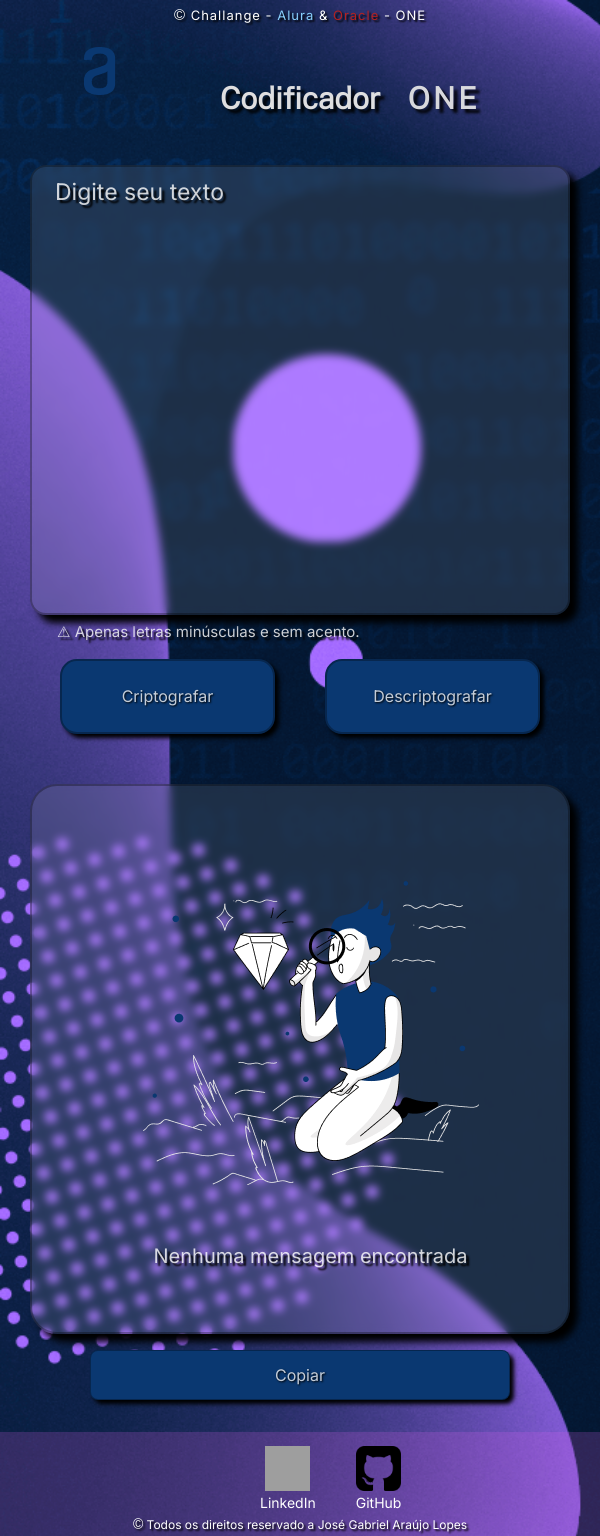
Repository: GabbrielLopes/Decodificador-ONE-Challange-Alura
Page: index.html
The author's editor kept a copy of each file at every save. The page is drawn from the files as they stood at one save, then again after the next save.
The browser window is 600 px wide. The pictures show the whole page.
Pictures or frames that could not be fetched are drawn as grey boxes.

Above is the page before, as saved 2022-05-11 23:09:17.

### index.html

<!-- Regras Codificador:
"e" é convertido para "enter"
"i" é convertido para "imes"
"a" é convertido para "ai"
"o" é convertido para "ober"
"u" é convertido para "ufat"
Apenas letras minúsculas
Não permite acentuação
*/

/* Regras Decodificador:
"enter" é convertido para "e"
"imes" é convertido para "i"
"ai" é convertido para "a"
"ober" é convertido para "o"
"ufat" é convertido para "u"
Apenas letras minúsculas
Não permite acentuação
-->

<!DOCTYPE html>
<html lang="pt-br">
<head>
    <meta charset="UTF-8">
    <meta name="viewport" content="width=device-width">
    <link rel="stylesheet" href="css/reset.css">
    <link rel="stylesheet" href="css/style.css">
    <link rel="stylesheet" href="css/media.css">
    <link href="https://fonts.googleapis.com/css2?family=Inter&display=swap" rel="stylesheet">
    <link href="https://fonts.googleapis.com/css2?family=Public+Sans:wght@300&display=swap" rel="stylesheet">
    <title>Codificador ONE</title>
</head>
<body>
    <header>
        <div class="info-header">
            <p>© Challange - <a href="https://www.alura.com.br" target="_blank">Alura</a> & <a href="https://www.oracle.com/br/education/oracle-next-education/" target="_blank">Oracle</a> - ONE</p>
        </div>
        <div>
            <img src="imagens/logo-alura.png" alt="Logo alura com inicial da letra a" class="logo-cabecalho">
            <h2>Codificador <a href="https://www.oracle.com/br/education/oracle-next-education/" target="_blank">ONE</a></h2>
        </div>
        <div>
        </div>
    </header>
    <main class="main">
        <section>
            <textarea cols="40" rows="6" placeholder="Digite seu texto" class="campo-texto"></textarea>
            <div>
                <h6 class="informacao">⚠ Apenas letras minúsculas e sem acento.</h6>
            </div>

            <div class="botoes">
                <button class="btn-criptografar">Criptografar</button>
                <button class="btn-descriptografar">Descriptografar</button>
            </div>
        </section>

        <section class="mensagem">
            <textarea readonly cols="18" rows="8" placeholder="Nenhuma mensagem encontrada" ></textarea>
            <div class="div-btn-copy">
                <button class="btn-copy">Copiar</button>
            </div>
        </section>
    </main>
    <footer>

        <div class="icons-links">
            <div class="icons-flex">
                <a href="https://www.linkedin.com/in/josegabrielalopes/" target="_blank"><img src="imagens/linkedin.png">LinkedIn</a>
                <a href="https://github.com/GabbLps" target="_blank"><img src="imagens/github.png">GitHub</a>
            </div>
        </div>

        <div class="copyright">
            <p>© Todos os direitos reservado a <a href="https://www.linkedin.com/in/josegabrielalopes/" target="_blank">José Gabriel Araújo Lopes</a></p>
        </div>
    </footer>
</body>
<script src="./js/script.js"></script>
</html>

### css/style.css
* {
    font-family: "Inter", sans-serif;
}

html{
    margin: auto;
    padding: 0px;
    min-height: 100%;
    font-family: "Inter", sans-serif;
}

.info-header {
    margin-top: 0.5em;
    letter-spacing: 1px;
    font-size: 13px;
    justify-content: center;
    color: #fff;
    text-shadow: 2px 2px 2px #000;
    user-select: none;
}

.info-header p::first-letter{
    font-family: Arial, Helvetica, sans-serif;
    font-size: 15px;
}

.info-header a:nth-child(1), .info-header a:nth-child(2)  {
    color: #87CEFA;
    text-decoration: none;
}

.info-header a:nth-child(2) {
    color: #B22222;
}

header h2, header h2 a {
    user-select: none;
    font-family: 'Public Sans';
    font-size: 30px;
    letter-spacing: 3px;
    color: #E5E5E5;
    margin-top: 40px;
    margin-left: 20px;
    font-weight: bold;
    text-decoration: none;
    text-shadow: 4px 4px 3px #000;
    opacity: 0.97;
}

header div {
    display: flex;
}

.logo-cabecalho {
    margin: 25px 40px 40px 40px;
}

.main {
    min-height: calc(100vh - 120px);
    display: flex;
    margin-left: 80px;
}

body {
    box-sizing: border-box;
    margin: 0;
    width: 100%;
    height: 100%;
    background: #E5E5E5;
    background-image: url(../imagens/background.png);
    background-size: cover;
}

section div {
    margin: 0;
    display: flex;
}

textarea {
    font-size: 23px;
    color: rgba(255,255,255, 0.8);
    background: rgba( 255, 255, 255, 0.1);
    backdrop-filter: blur(4px);
    -webkit-backdrop-filter: blur(3px);
    text-shadow: 3px 3px 2px black;
    vertical-align: top;
    resize: none;
}

textarea::placeholder {
    color: rgba(255,255,255, 0.8);
    text-shadow: 3px 3px 2px black;
    text-align: top;
    margin-top: 2em;
}

.campo-texto {
    box-sizing: border-box;
    width: 640px;
    height: 300px;   /*  480 px   */
    margin-top: 60px;
    margin-left: 4em;
    padding-top: 0.5em;
    padding-left: 1em;
    border: 2px solid rgba( 0, 0, 0, 0.3);
    border-radius: 16px;
    box-shadow: 8px 8px 7px #000;
}

.mensagem textarea {
    box-sizing: border-box;
    width: 320px;
    height: 550px;
    margin-left: 2em;
    padding-top: 0.5em;
    padding-left: 1em;
    text-align: left;
    border: 2px solid rgba( 0, 0, 0 , 0.3);
    border-radius: 27px;
    box-shadow: 8px 8px 7px #000;
}

.mensagem textarea::placeholder {
    padding-top: 447px;
    text-align: center;
    font-size: 20px;
    background-image: url(../imagens/boneco.png);
    background-repeat: no-repeat;
    background-position: -50px 100px;
}
/*
.campo-mensagem-imagem {
    background-image: url(boneco.png);
    background-repeat: no-repeat;
    background-position: center;
}
*/
.informacao {
    user-select: none;
    color: rgba(255,255,255, 0.8);
    text-shadow: 3px 3px 2px black;
    font-size: 15px;
    margin-left: 9em;
    margin-top: 0.6em;
}

.botoes {
    display: flex;
    margin-left: 9em;
    margin-top: 2em;
}

.btn-criptografar, .btn-descriptografar {
    width: 250px;
    height: 75px;
    border: 2px solid rgba( 0, 0, 0 , 0.3);
    border-radius: 17px;
    background-color: #0A3871;
    color: rgba(216, 223, 232, 0.9);
    text-shadow: 1px 1px 2px #000;
    font-size: 16px;
    box-shadow: 4px 4px 4px #000;
    transition: 80ms;
}

.btn-descriptografar {
    margin-left: 50px;
}

.btn-criptografar:hover, .btn-descriptografar:hover {
    cursor: pointer;
    background-color: rgba(216, 223, 232, 0.8) ;
    color: #0A3871;
    transition: 80ms;
    font-size: 20px;
}

.btn-criptografar:active, .btn-descriptografar:active {
    font-size: 19px;
}

.btn-copy {
    width: 200px;
    height: 50px;
    margin-left: 100px;
    margin-top: 1em;
    border: 1px solid rgba( 0, 0, 0 , 0.3);
    border-radius: 8px;
    background-color: #0A3871;
    color: rgba(216, 223, 232, 0.9);
    text-shadow: 1px 1px 2px #000;
    font-size: 16px;
    box-shadow: 4px 4px 4px #000;
    transition: 80ms;
}

.btn-copy:hover {
    cursor: pointer;
    background-color: rgba(216, 223, 232, 0.8) ;
    color: white;
    transition: 80ms;
    font-size: 17px;
    margin-bottom: 2em;
}

.btn-copy:active {
    font-size: 18px;
}

footer {
    width: 100%;
    background-color: rgba(219,97,234, 0.2);

}

.icons-links img{
    display: block;
    width: 45px;
    height: 45px;
    margin: 1em auto;
    margin-bottom: 5px;
    justify-content: center;
}

.icons-links a {
    display: block;
    color: #fff;
    margin: 0 20px;
    text-align: center;
    align-items: center;
    font-size: 14px;
    text-decoration: none;
}

.icons-links a:nth-child(1):hover {
    color:#0077b7;
    transition: 0.3s;
}

.icons-links a:nth-child(2):hover {
    color:#000;
    transition: 0.3s;
}

.icons-flex {
    display: flex;
    margin: 0 40%;
    margin-bottom: 7px;
}

.copyright p {
    user-select: none;
    color: #fff;
    font-size: 12px;
    text-align: center;
    align-items: end;  /* Alinha vertical  */
    justify-content: center;   /* Alinha horizontal */
    padding: 0 0 5px;
    text-shadow: 2px 2px 2px #000;

}

.copyright p:first-letter{
    font-size: 14px;
    font-family: Arial, Helvetica, sans-serif;
}

.copyright a{
    color: #fff;
    text-decoration: none;
    text-shadow: 2px 2px 2px #000;
}

### css/media.css
@media screen and (max-width: 760px) {

    header h2 {
        letter-spacing: normal;
        align-self: center;
    }

    .main {
        display: flex;
        flex-direction: column;
        margin: 0;
    }

    .campo-texto, .mensagem textarea {
        margin: 30px 5%;
        margin-bottom: 0px;
        width: 90%;
        height: 450px;
    }

    .mensagem textarea {
        height: 550px;
    }

    .informacao {
        margin-left: 57px;
    }

    .botoes {
        margin: 20px 0;
        margin-left: 10%;
        max-width: 80%;
    }

    .mensagem textarea::placeholder {
        padding-top: 447px;
        text-align: center;
        font-size: 20px;
        background-image: url(../imagens/boneco.png);
        background-repeat: no-repeat;
        background-position: center;
    }

    .btn-copy {
        margin: 2em 15%;
        margin-top: 1em;
        width: 100%;
    }

}

### js/script.js
/* Regras Codificador:
"e" é convertido para "enter"
"i" é convertido para "imes"
"a" é convertido para "ai"
"o" é convertido para "ober"
"u" é convertido para "ufat"
Apenas letras minúsculas
Não permite acentuação

 Regras Decodificador:
"enter" é convertido para "e"
"imes" é convertido para "i"
"ai" é convertido para "a"
"ober" é convertido para "o"
"ufat" é convertido para "u"
Apenas letras minúsculas
Não permite acentuação   */

var botaoEncriptar = buscaElemento(".btn-criptografar");
var botaoDesencriptar = buscaElemento(".btn-descriptografar");
var botaoCopiar = buscaElemento(".btn-copy");
var campoMensagem = buscaElemento(".campo-mensagem");
var sectionMensagem = buscaElemento(".mensagem textarea");
var campoTexto = buscaElemento(".campo-texto");

function buscaElemento(elemento){
    return document.querySelector(elemento);
}

//  Função onde joga o valor do campo de texto para o campo mensagem,chamando a função de encriptar
function btnEncriptar() {
    var texto = campoTexto.value;
    sectionMensagem.value = encriptar(texto);
    campoTexto.value = "";
}

//  Função onde faz a criptografia do texo digitado pelo usuário
function encriptar (texto) {
    var texto = texto.replaceAll(/e/gi,"enter")
    .replaceAll(/i/gi,"imes")
    .replaceAll(/a/gi, "ai")
    .replaceAll(/o/gi,"ober")
    .replaceAll(/u/gi,"ufat");

    stringEncriptada = texto;
    return stringEncriptada.toLowerCase();
}

// Função onde joga o valor do campo de texto para o campo mensagem,chamando a função de desencriptar
function btnDesencriptar() {
    var texto = campoTexto.value;
    sectionMensagem.value = desencriptar(texto);
    campoTexto.value = "";
}

// Função onde desencripta o texto digitado pelo usuário
function desencriptar (texto) {
    var texto = texto.replaceAll("enter","e")
    .replaceAll("imes","i")
    .replaceAll("ai", "a")
    .replaceAll("ober","o")
    .replaceAll("ufat","u");

    stringDesencriptada = texto;
    return stringDesencriptada;
}

// Função de copiar o valor do campo da mensagem e muda o nome do botão para copiado por 3,5 segundos
function btnCopiar(e) {
    navigator.clipboard.writeText(sectionMensagem.value);
    botaoCopiar.textContent = "Copiado!";
    sectionMensagem.value = "";
    botaoCopiar.style.border="2px solid white";
    setTimeout(function(){
        botaoCopiar.textContent = "Copiar";
        botaoCopiar.style.border="1px solid rgba( 0, 0, 0 , 0.3";
        botaoCopiar.style.color="rgba(216, 223, 232, 0.9)";
    },3500);
}

// Função onde verifica se o campo da mensagem está vazio e adiciona e remove classe para mostrar imagem de acordo com a verificação.
/*function verificaMensagem() {
    if(sectionMensagem.value == ""){
        sectionMensagem.classList.add("campo-mensagem-imagem");
    } else {
        sectionMensagem.classList.remove("campo-mensagem-imagem");
    }
}

// Repetindo a função verificaMensagem para verificar a todo momento se o campoMensagem está vazio
setInterval(verificaMensagem, 10);*/

// Escutadores de eventos, quando os botões forem clicados, executar suas devidas funções
botaoEncriptar.addEventListener('click', btnEncriptar);
botaoDesencriptar.addEventListener('click', btnDesencriptar);
botaoCopiar.addEventListener('click', btnCopiar);

Loaded but not shown: css/reset.css (common file)

After the next save:
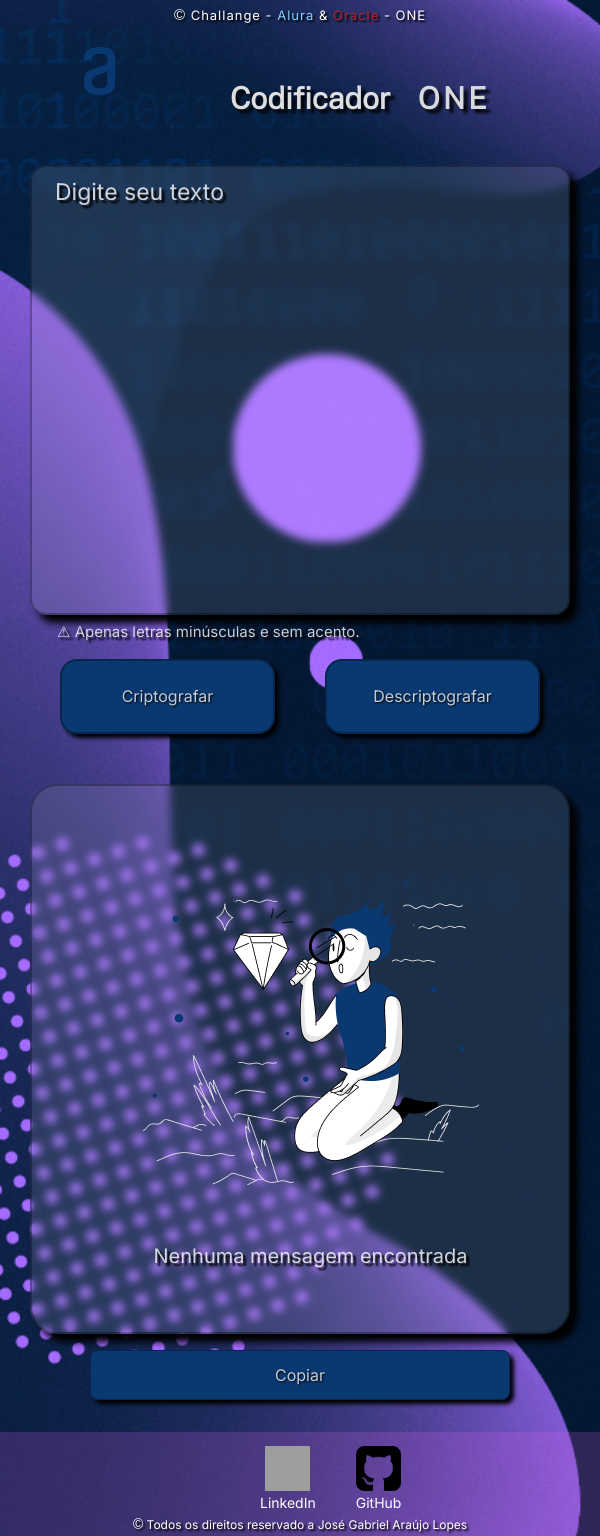
Saved 2 min 6 s later.
--- a/css/media.css
+++ b/css/media.css
@@ -1,6 +1,7 @@
 @media screen and (max-width: 760px) {
 
     header h2 {
+        margin-left: 05%;
         letter-spacing: normal;
         align-self: center;
     }
